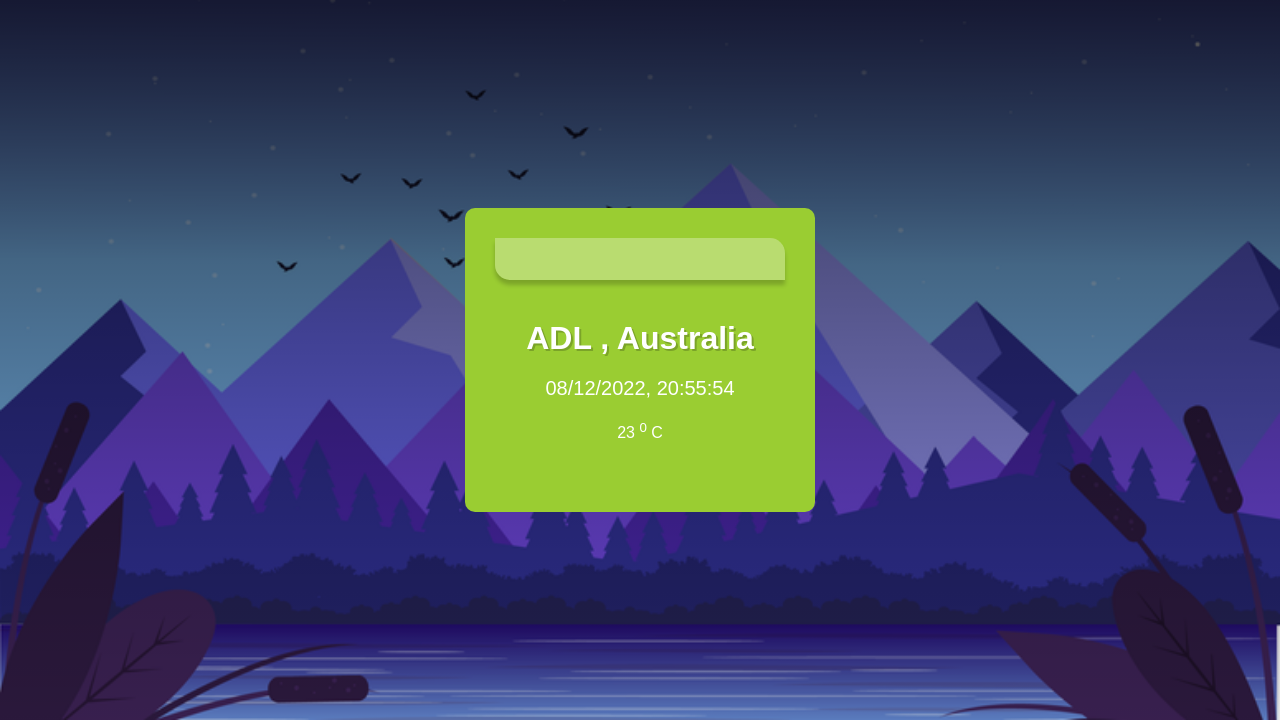
Repository: andrewhuynh561/weather-app-1
Page: index.html
The author's editor kept a copy of each file at every save. The page is drawn from the files as they stood at one save, then again after the next save.
The browser window is 1280 px wide. The pictures show the whole page.

Above is the page before, as saved 2022-12-08 20:59:51.

After the next save:
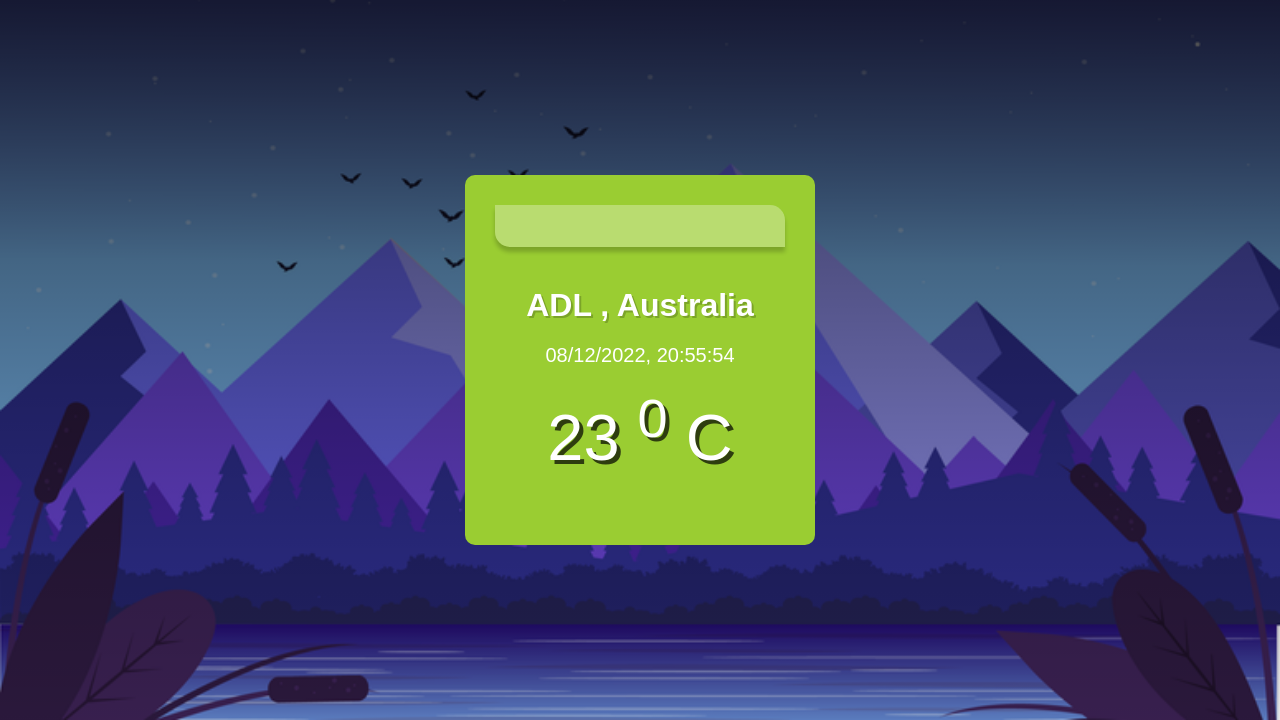
Saved 41 s later.
--- a/style.css
+++ b/style.css
@@ -46,3 +46,7 @@ body{
     margin: 20px 0;
     font-size: 15pt;
 }
+.temperature{
+    font-size: 65px;
+    text-shadow: 4px 4px rgba(0,0,0,0.7);
+}
